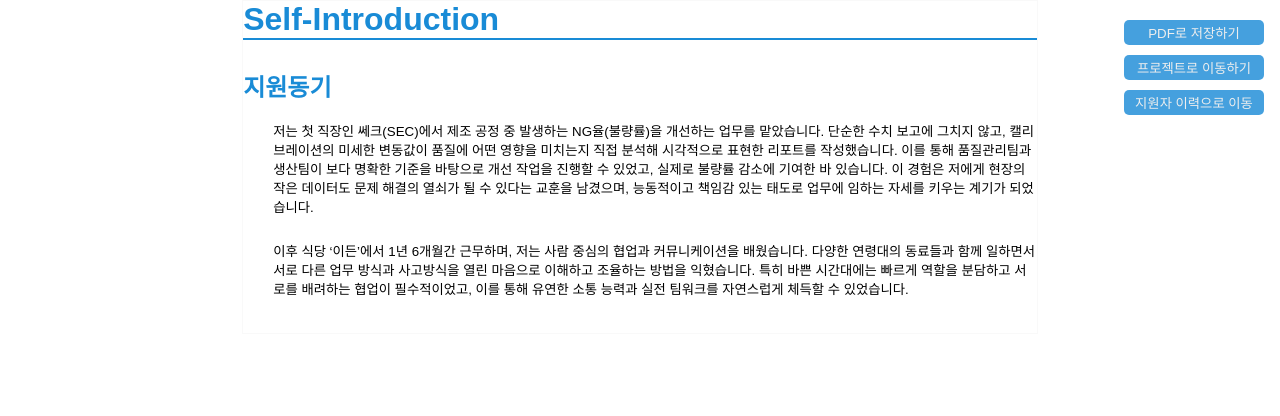
Repository: DooBae-KR/MySelf
Page: /myIntro
These files come from the project's save history. The page is drawn as it stood at one moment and after the next save; the edit follows.
The browser window is 1280 px wide. The pictures show the whole page.
The project was rebuilt for these pictures with package versions that can differ from the ones it lists, and the page was loaded fresh each time. Also part of the build but not shown: src/data/ProjectData.js, src/pages/Project.js, src/data/MyInform.js, src/pages/Myself.js.

Above is the page before, as saved 2025-07-24 19:23:02.

After the next save:
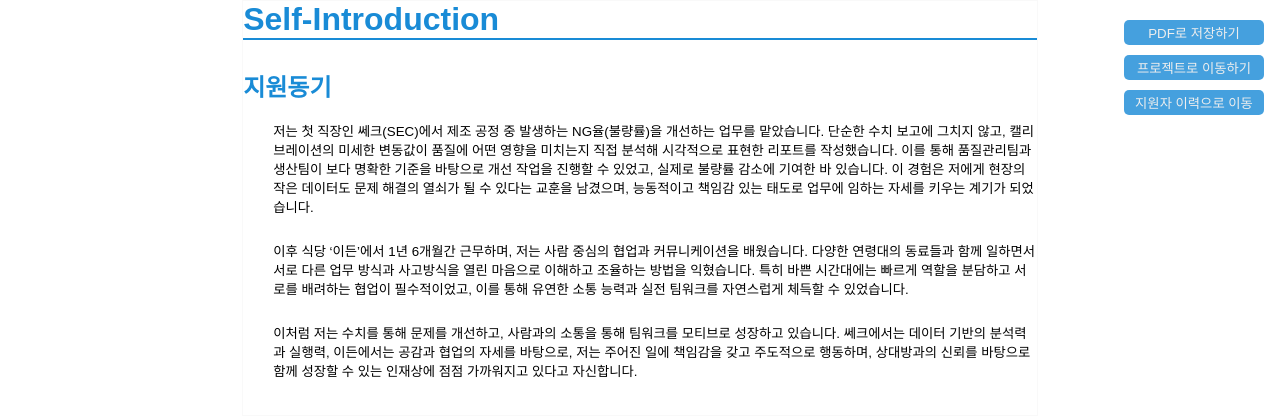
Saved 16 s later.
--- a/src/pages/MyIntroduce.js
+++ b/src/pages/MyIntroduce.js
@@ -15,7 +15,8 @@
                             <div  className="contentTitle"><br/>지원동기</div>
                             <div className="work-item">
                                 <pre>{item.context1}</pre><br/>
-                                <pre>{item.context2}</pre>
+                                <pre>{item.context2}</pre><br/>
+                                <pre>{item.context3}</pre>
                             </div>
                         </div>
                     ))}
